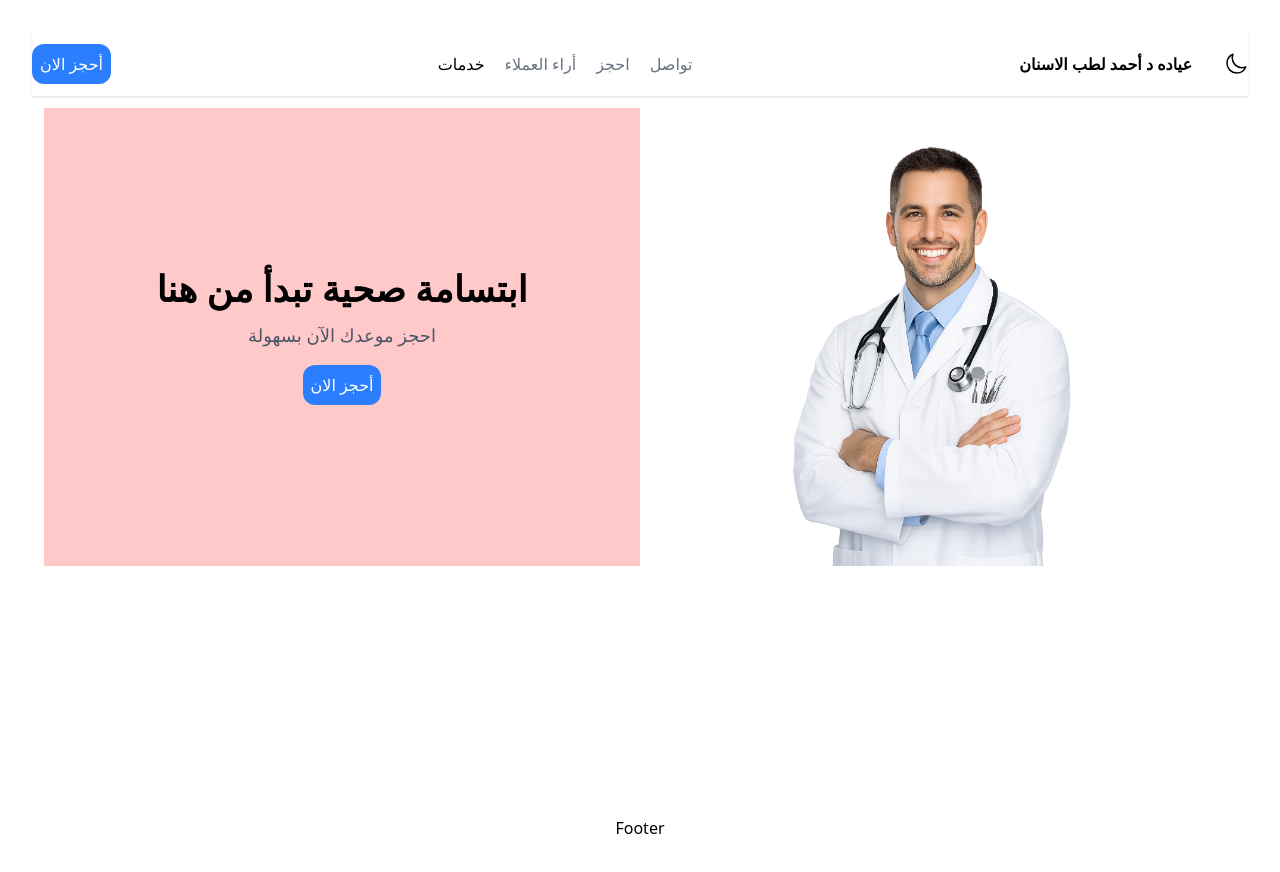
Repository: mohamedehab23-pro/clinic
Page: /
An editor plug-in stored every save of this project. The page is shown before and after the next save, followed by the edit.
The browser window is 1280 px wide. The pictures show the whole page.
The project was rebuilt for these pictures with package versions that can differ from the ones it lists, and the page was loaded fresh each time. Also part of the build but not shown: vite.config.js, src/Pages/AboutPage.jsx, src/Pages/ContactPage.jsx, src/Pages/NotFound.jsx, src/Components/Child.jsx, src/Components/Parent.jsx.

Above is the page before, as saved 2026-02-22 14:17:11.

### index.html
<!doctype html>
<html lang="en">
  <head>
    <meta charset="UTF-8" />
    <link rel="icon" type="image/svg+xml" href="/vite.svg" />
    <meta name="viewport" content="width=device-width, initial-scale=1.0" />
    <title>project1</title>
  </head>
  <body>
    <div id="root"></div>
    <script type="module" src="/src/main.jsx"></script>
  </body>
</html>

### src/index.css
@import "tailwindcss";
@custom-variant dark (&:where(.dark, .dark *));


.active{
    @apply text-black dark:text-white
}

### src/App.jsx
import { useState } from 'react'
import HeroPage from '../src/Pages/HeroPage'
import './App.css'
import { createBrowserRouter, RouterProvider } from 'react-router'
import MainLayout from './Layouts/MainLayout'
import AboutPage from './Pages/AboutPage'
import ContactPage from './Pages/ContactPage'
import NotFound from './Pages/NotFound'
import Parent from './Components/Parent'


const x=createBrowserRouter([
  {path:'',element:<MainLayout/>,children:[
    {index:true,element:<HeroPage/>},
    {path:'/about',element:<AboutPage/>},
    {path:'/contact',element:<ContactPage/>},
    {path:'*',element:<NotFound/>}
  ]}
])

function App() {

  return (
    <>
    {/* <Parent/> */}

     <RouterProvider router={x}/>
    </>
  )
}

export default App

### src/Pages/HeroPage.jsx
import React from 'react'
import sora from '../assets/dentist.png'
import Button from '../Components/Button'
export default function HomePage() {
  return (
    <div className='dark:bg-gray-800 min-h-screen p-3'>
      <div className='flex justify-around'>
<div className='bg-red-200 w-full flex flex-col justify-center text-center '>
<h2 className='text-4xl font-bold '>ابتسامة صحية تبدأ من هنا</h2>
<p className='text-gray-600 pt-3 text-lg'>احجز موعدك الآن بسهولة</p>
  <div className='flex gap-3 justify-center mt-4'>

  <Button bg={'bg-blue-500'} hover={'hover:bg-blue-600'} text={'أحجز الان'}/>
  </div>


</div>
<div className=' w-full flex justify-center items-center'>
 <img src={sora} alt="doctor" className='w-[50%] ' />
</div>
      </div>



    </div>
  )
}

### src/Layouts/MainLayout.jsx
import React, { useState } from 'react'
import Navbar from '../Components/Navbar'
import Footer from '../Components/Footer'
import { Outlet } from 'react-router'

export default function MainLayout() {
  const [darkMode, setDarkMode] = useState(false)
  return (
    <>
    <div className={`${darkMode? 'dark':''}  dark:text-white`}>
      <Navbar darkMode={darkMode} setDarkMode={setDarkMode}/>
    <Outlet />
    <Footer/>
    </div>
    </>
  )
}

### src/Components/Button.jsx
import React from 'react'
import { Link } from 'react-router'

export default function Button({bg,hover,text }) {
  return (
   <>
   <button className={`p-2 rounded-xl ${bg} ${hover} text-white `}><Link to={'/'}>{text}</Link></button>
   </>
  )
}

### src/Components/Navbar.jsx
import React, { useState } from 'react'
import { Link, NavLink } from 'react-router'
import Button from './Button'

export default function Navbar({setDarkMode,darkMode}) {
  const [navToggle, setNavToggle] = useState(false)
  return (
    <div className='py-3 shadow sticky top-0 w-full dark:bg-gray-700 bg-white/50'>
<div className="container px-3 lg:p-0 mx-auto flex items-center justify-between">
<div>
  <Button bg={'bg-blue-500'} hover={'hover:bg-blue-600'} text={'أحجز الان'}/>
</div>
<div>
  <ul className='lg:flex dark:text-white/50 gap-5 hidden'>
    <li className='text-gray-500'><NavLink to={''}>خدمات</NavLink></li>
    <li className='text-gray-500'><NavLink to={'/about'}>أراء العملاء</NavLink></li>
    <li className='text-gray-500'><NavLink to={'/contact'}>احجز</NavLink></li>
    <li className='text-gray-500'><NavLink to={'ertyuj'}>تواصل</NavLink></li>
  </ul>
</div>
<div className='flex gap-8'>
  <Link to={''} className=' font-bold'>عياده د أحمد لطب الاسنان</Link>
  {darkMode?<svg xmlns="http://www.w3.org/2000/svg"
onClick={()=>setDarkMode(!darkMode)}
fill="none" viewBox="0 0 24 24" strokeWidth={1.5} stroke="currentColor" className="cursor-pointer size-6">
  <path strokeLinecap="round" strokeLinejoin="round" d="M12 3v2.25m6.364.386-1.591 1.591M21 12h-2.25m-.386 6.364-1.591-1.591M12 18.75V21m-4.773-4.227-1.591 1.591M5.25 12H3m4.227-4.773L5.636 5.636M15.75 12a3.75 3.75 0 1 1-7.5 0 3.75 3.75 0 0 1 7.5 0Z" />
</svg>:<svg xmlns="http://www.w3.org/2000/svg" fill="none"
onClick={()=>setDarkMode(!darkMode)}
viewBox="0 0 24 24" strokeWidth={1.5} stroke="currentColor" className="cursor-pointer size-6">
  <path strokeLinecap="round" strokeLinejoin="round" d="M21.752 15.002A9.72 9.72 0 0 1 18 15.75c-5.385 0-9.75-4.365-9.75-9.75 0-1.33.266-2.597.748-3.752A9.753 9.753 0 0 0 3 11.25C3 16.635 7.365 21 12.75 21a9.753 9.753 0 0 0 9.002-5.998Z" />
</svg>}
</div>
<div className='lg:hidden'>
  <svg xmlns="http://www.w3.org/2000/svg" onClick={()=>setNavToggle(!navToggle)} fill="none" viewBox="0 0 24 24" strokeWidth={1.5} stroke="currentColor" className="cursor-pointer size-6">
  <path strokeLinecap="round" strokeLinejoin="round" d="M3.75 6.75h16.5M3.75 12h16.5m-16.5 5.25h16.5" />
</svg>


</div>



</div>
{navToggle && <ul className='pt-3 text-end px-3'>
    <li className='text-gray-500'><NavLink to={''}>خدمات</NavLink></li>
    <li className='text-gray-500'><NavLink to={'/about'}>أراء العملاء</NavLink></li>
    <li className='text-gray-500'><NavLink to={'/contact'}>احجز</NavLink></li>
    <li className='text-gray-500'><NavLink to={'ertyuj'}>تواصل</NavLink></li>
  </ul>}


    </div>
  )
}

Loaded but not shown: src/main.jsx (common file); src/App.css (common file); src/Components/Footer.jsx (common file)

After the next save:
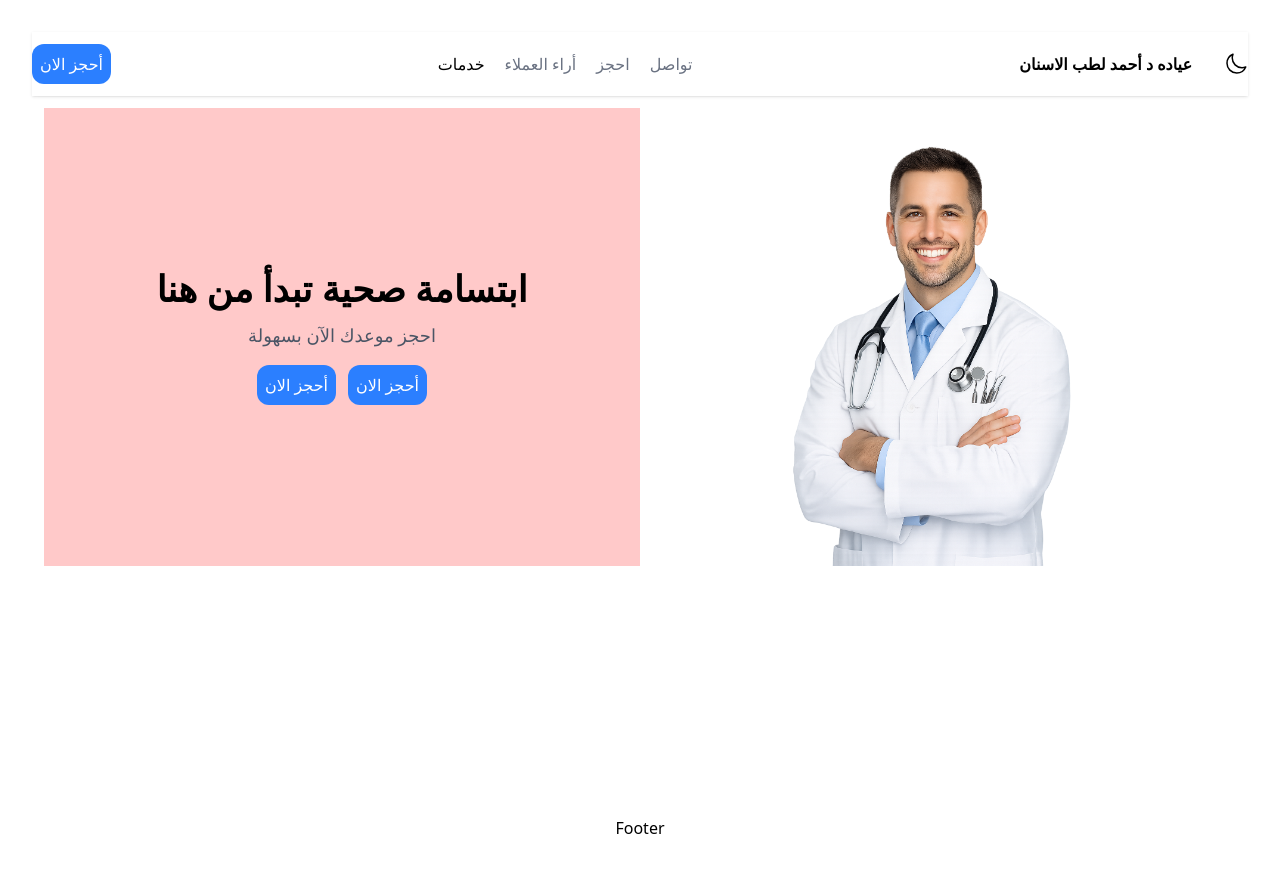
Saved 4 s later.
--- a/src/Pages/HeroPage.jsx
+++ b/src/Pages/HeroPage.jsx
@@ -9,6 +9,7 @@ export default function HomePage() {
 <h2 className='text-4xl font-bold '>ابتسامة صحية تبدأ من هنا</h2>
 <p className='text-gray-600 pt-3 text-lg'>احجز موعدك الآن بسهولة</p>
   <div className='flex gap-3 justify-center mt-4'>
+      <Button bg={'bg-blue-500'} hover={'hover:bg-blue-600'} text={'أحجز الان'}/>
 
   <Button bg={'bg-blue-500'} hover={'hover:bg-blue-600'} text={'أحجز الان'}/>
   </div>
